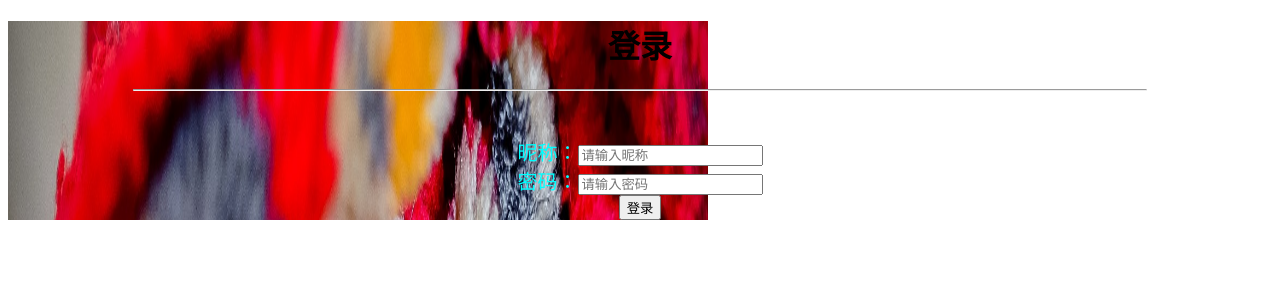
Repository: JuniorProjectTraining/free
Page: http://localhost/emss/login.jsp
The author's editor kept a copy of each file at every save. The page is drawn from the files as they stood at one save, then again after the next save.
The browser window is 1280 px wide. The pictures show the whole page.
The page is served by Tomcat 9.

Above is the page before, as saved 2019-12-25 05:29:48.

After the next save:
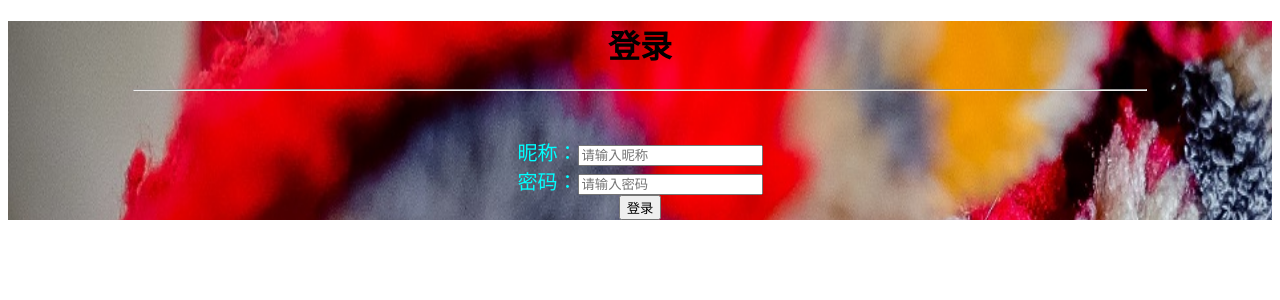
Saved 56 s later.
--- a/emss/src/main/webapp/login.jsp
+++ b/emss/src/main/webapp/login.jsp
@@ -17,7 +17,7 @@
 
 #beijing {
         background-image: url(./image/parallex.jpg);
-        background-size: 700px 1700px;
+        background-size: 1700px 1700px;
         background-repeat: no-repeat;
         }
 </style>
